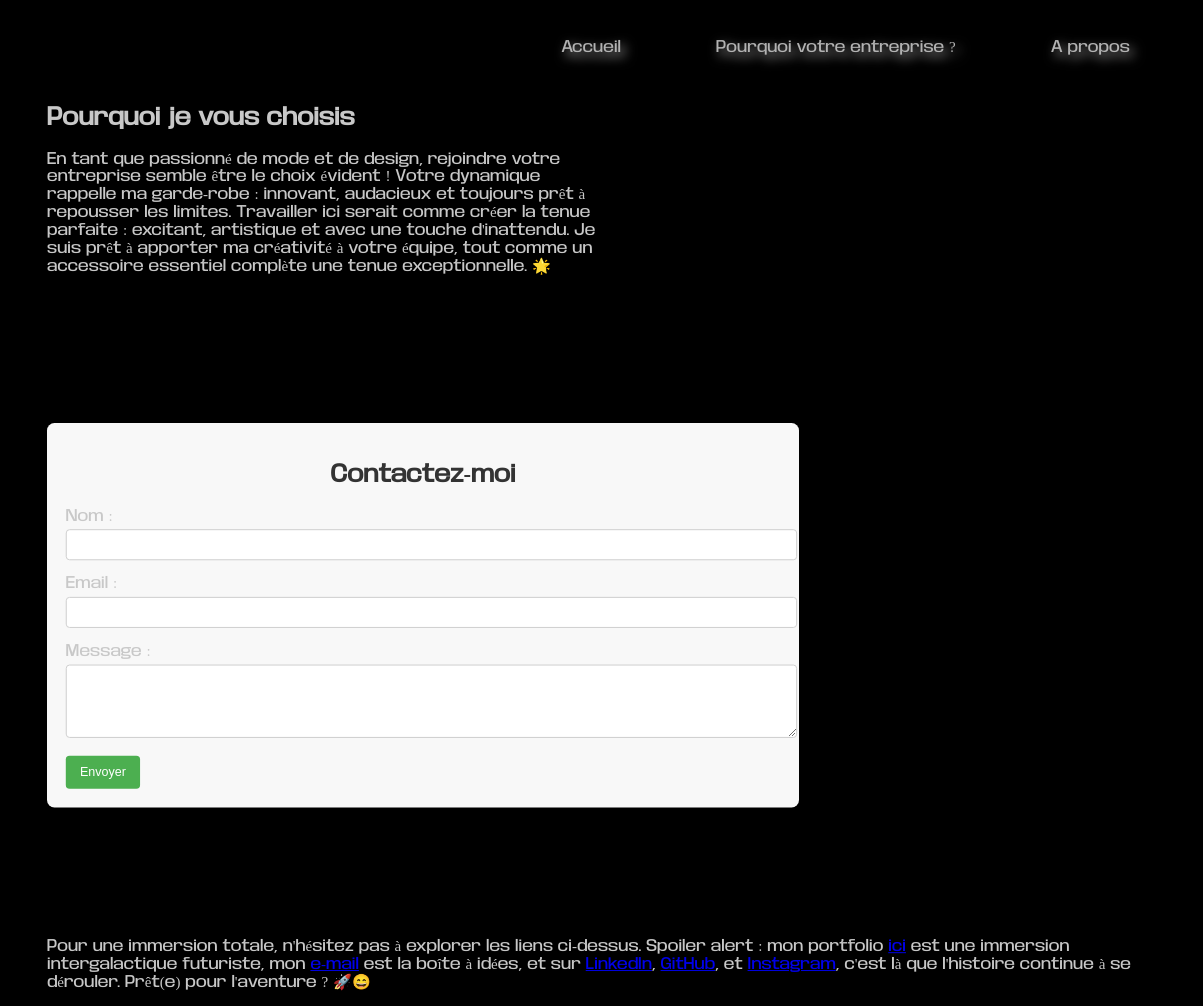
Repository: inessben/application
Page: about/about.html
These files come from the project's save history. The page is drawn as it stood at one moment and after the next save; the edit follows.
The browser window is 1280 px wide. The pictures show the whole page, at 94% of full size.

Above is the page before, as saved 2023-12-03 22:10:32.

After the next save:
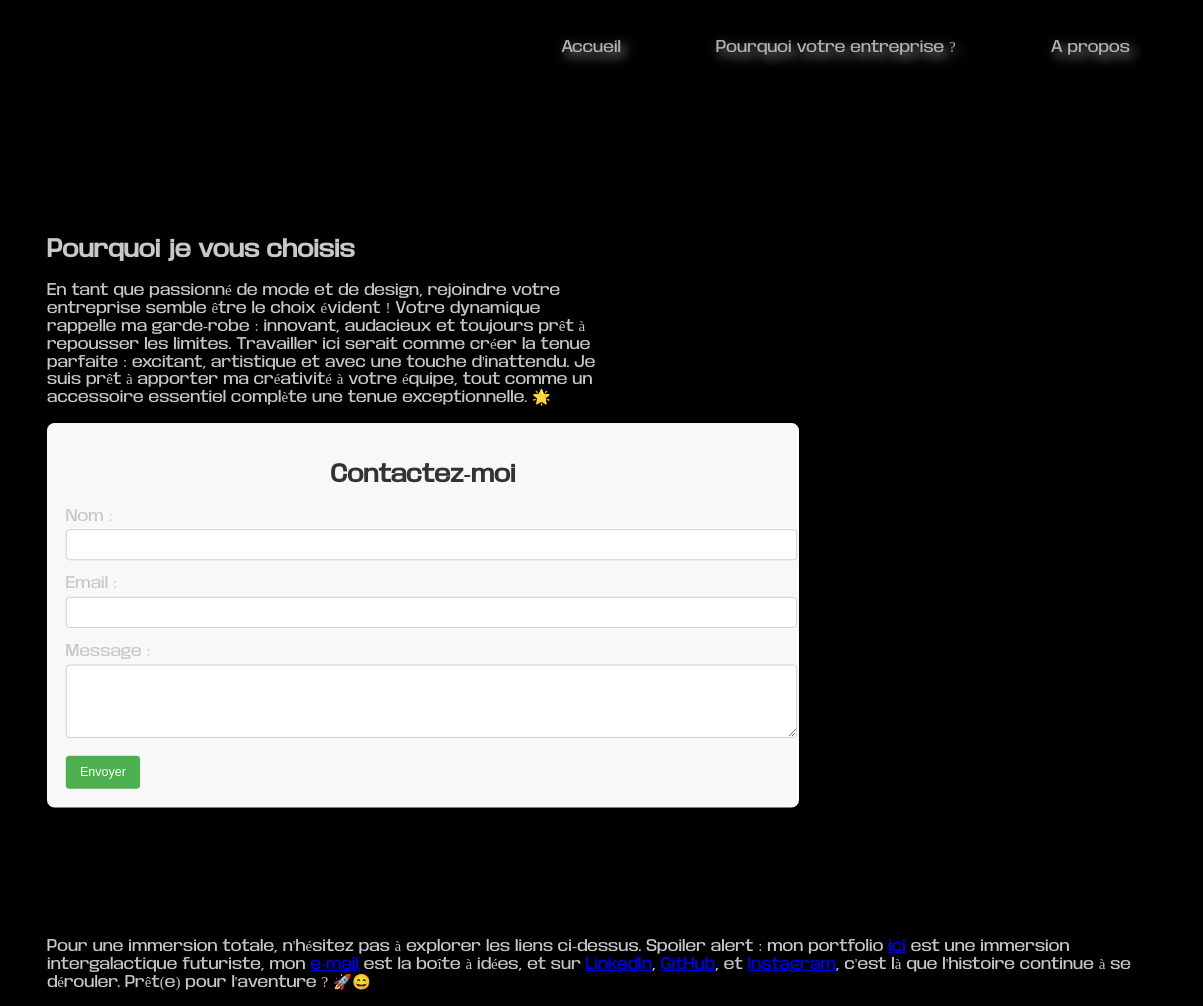
Saved 9 s later.
--- a/about/about.css
+++ b/about/about.css
@@ -44,7 +44,7 @@ body {
 
 #description{
     position: relative;
-    top: 60px;
+    top: 200px;
     margin: 50px;
     width: 600px;
     color: #c8c8c8;
